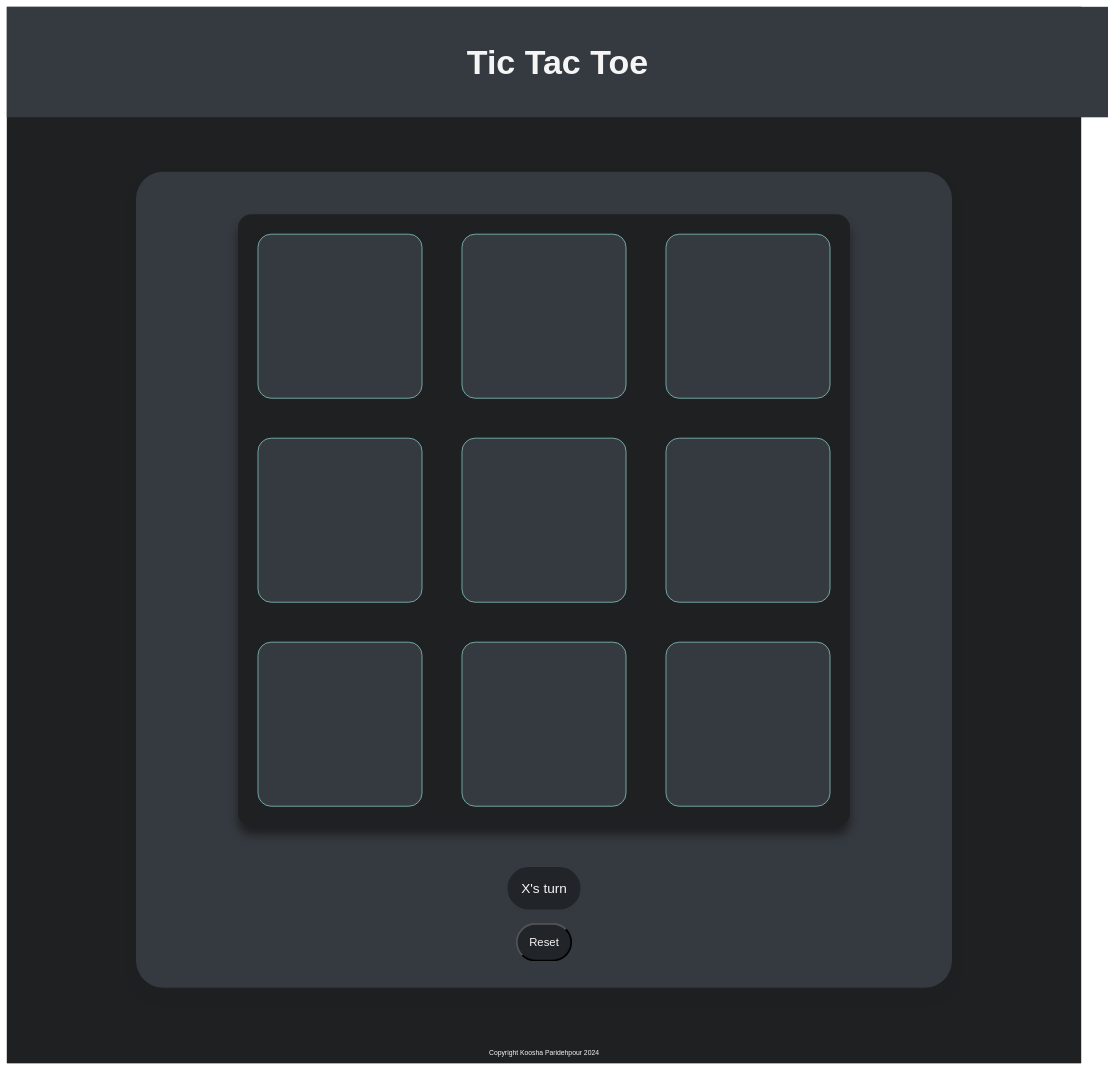
Repository: KooshaPari/odin-TTT
Page: index.html
An editor plug-in stored every save of this project. The page is shown before and after the next save, followed by the edit.
The browser window is 1280 px wide. The page is 1304 px wide, so the pictures cover 1304 px, including what lies to the right of the window. The pictures show the whole page, at 85% of full size.

Above is the page before, as saved 2024-03-14 23:45:58.

After the next save:
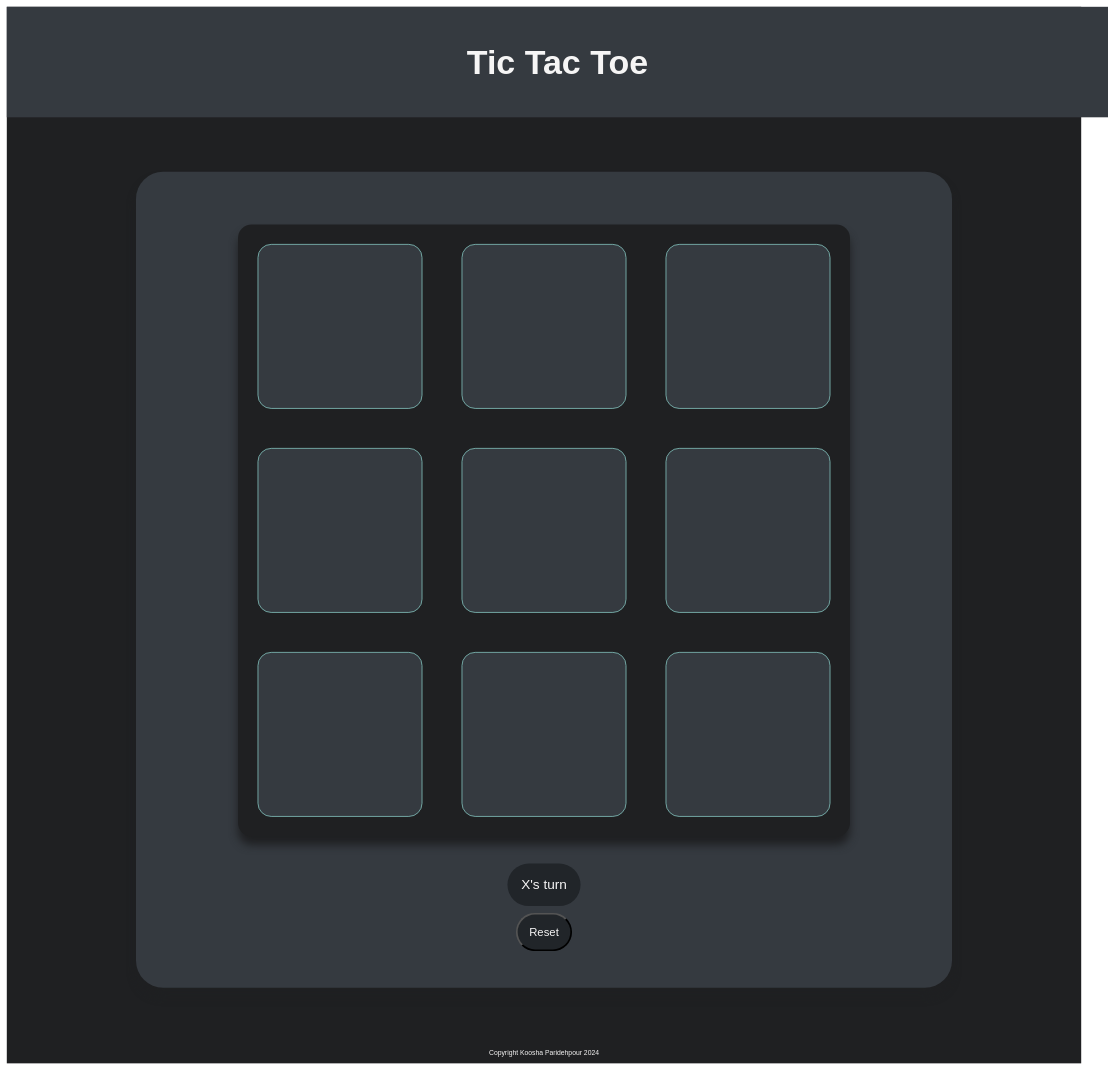
Saved 31 s later.
--- a/style.css
+++ b/style.css
@@ -152,5 +152,5 @@
   -ms-transform: scale(1.1) translate(0, 0.5em);
   -o-transform: scale(1.1) translate(0, 0.5em);
 }
-#status{ padding:1em; background-color:#212529; color:#f6f5f5; border-radius:2em; margin:1em; }
+#status{ padding:1em; background-color:#212529; color:#f6f5f5; border-radius:2em; margin:0.5em; margin-top: 0; }
 #reset{ padding:1em; background-color:#212529; color:#f6f5f5; border-radius:2em;  margin-bottom: 1em;;}
